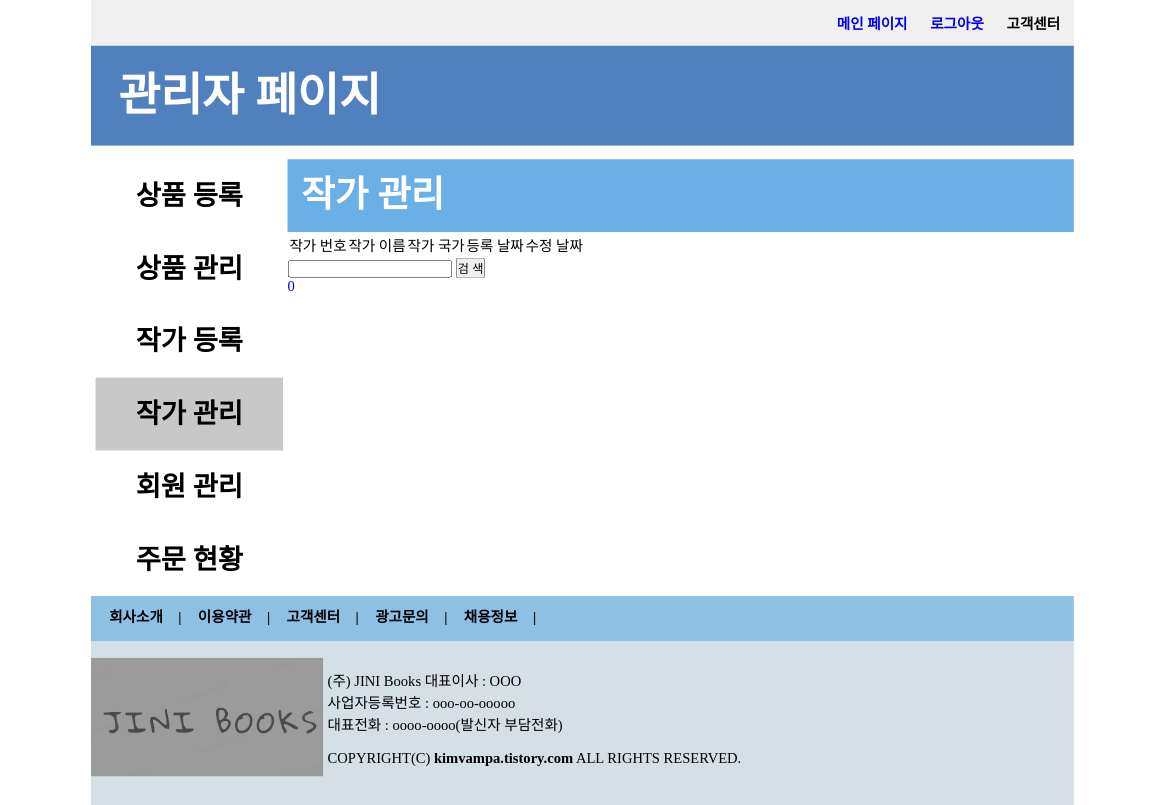
Repository: leechanjin7/ShoppingMall
Page: http://localhost/ShoppingMall/WEB-INF/views/admin/authorManage.jsp
The author's editor kept a copy of each file at every save. The page is drawn from the files as they stood at one save, then again after the next save.
The browser window is 1280 px wide. The pictures show the whole page, at 91% of full size.
The page is served by Tomcat 9. Nobody is signed in. The template is opened directly, without the code that normally fills it, so the values that code supplies are empty.

Above is the page before, as saved 2023-09-08 01:32:25.

After the next save:
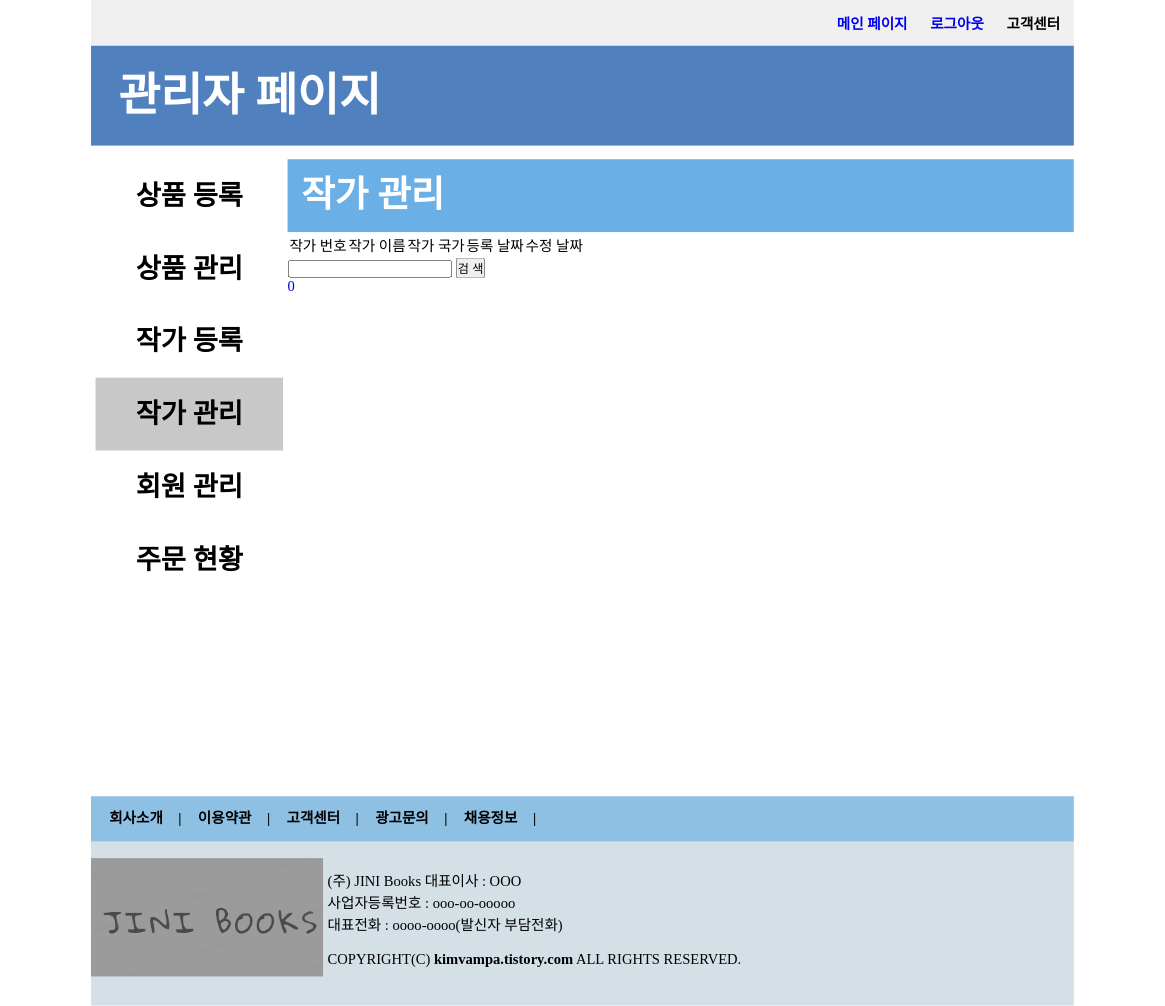
Saved 13 s later.
--- a/workspace/ShoppingMall/src/main/webapp/resources/css/admin/authorManage.css
+++ b/workspace/ShoppingMall/src/main/webapp/resources/css/admin/authorManage.css
@@ -96,6 +96,7 @@ ul{
     width: 80%;
     float:left;
     height: 100%;
+    min-height : 700px;
 
 }
 .admin_content_subject{            /* 관리자 컨텐츠 제목 영역 */
